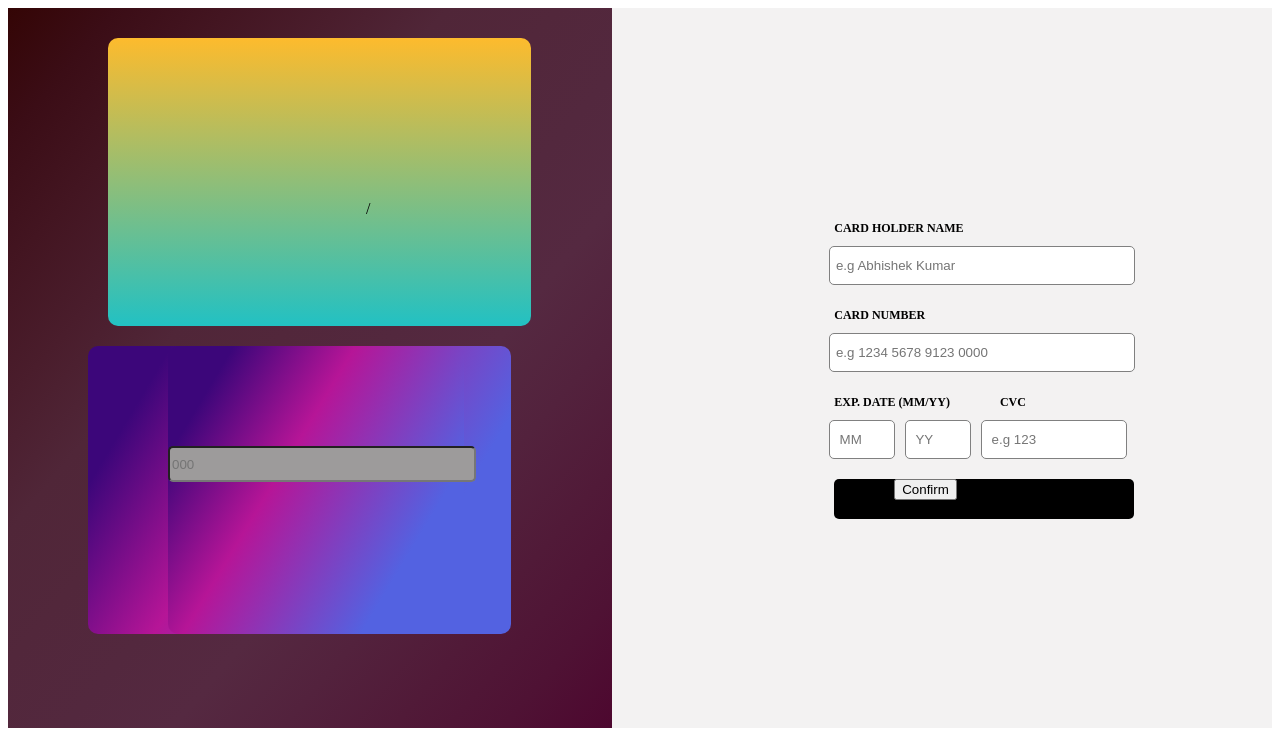
Repository: Abhi2359/frontendchallenge-1
Page: /
An editor plug-in stored every save of this project. The page is shown before and after the next save, followed by the edit.
The browser window is 1280 px wide. The pictures show the whole page.
The project was rebuilt for these pictures with package versions that can differ from the ones it lists, and the page was loaded fresh each time. Also part of the build but not shown: src/components/Add/Compelete.css, src/components/Add/Compelete.js.

Above is the page before, as saved 2023-02-15 18:01:24.

After the next save:
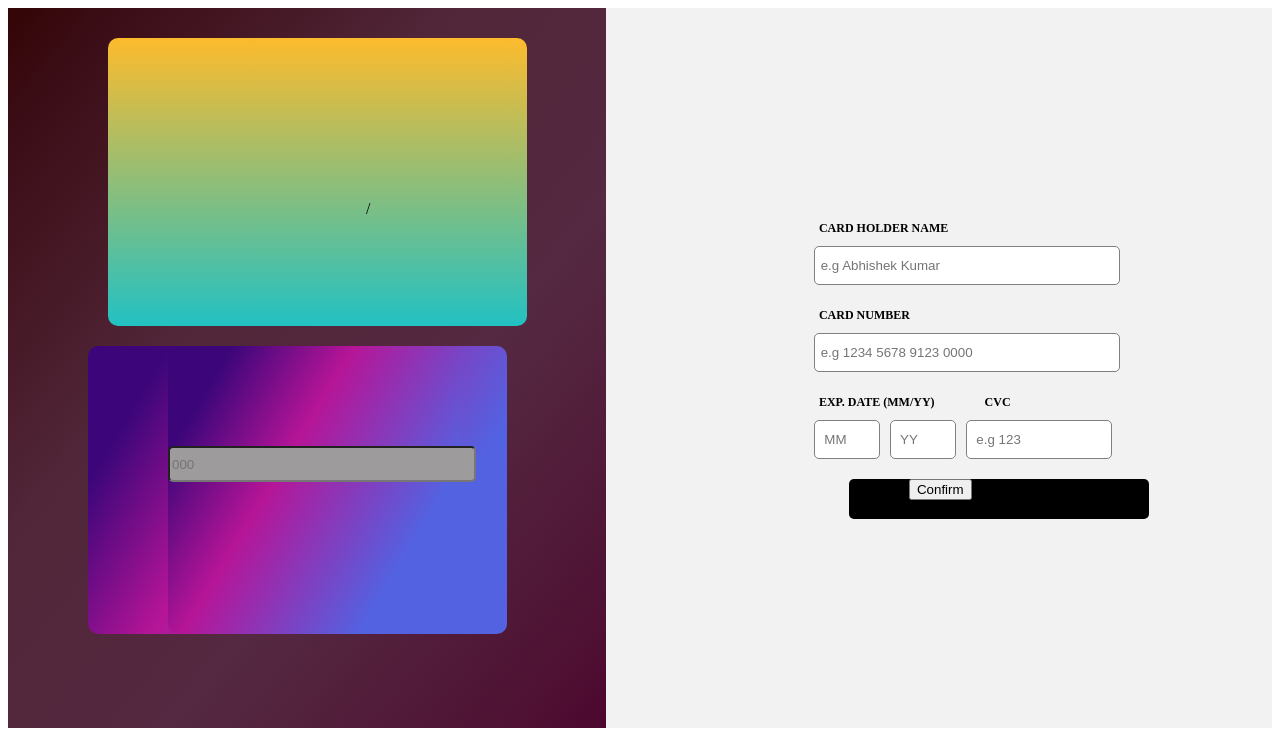
Saved 13 s later.
--- a/src/components/Button/Button.css
+++ b/src/components/Button/Button.css
@@ -1,6 +1,6 @@
 .button{
     width: 300px;
-    margin-left: 10px;
+    margin-left: 40px;
     background-color: black;
     color: white;
     height: 40px;

After the save that followed:
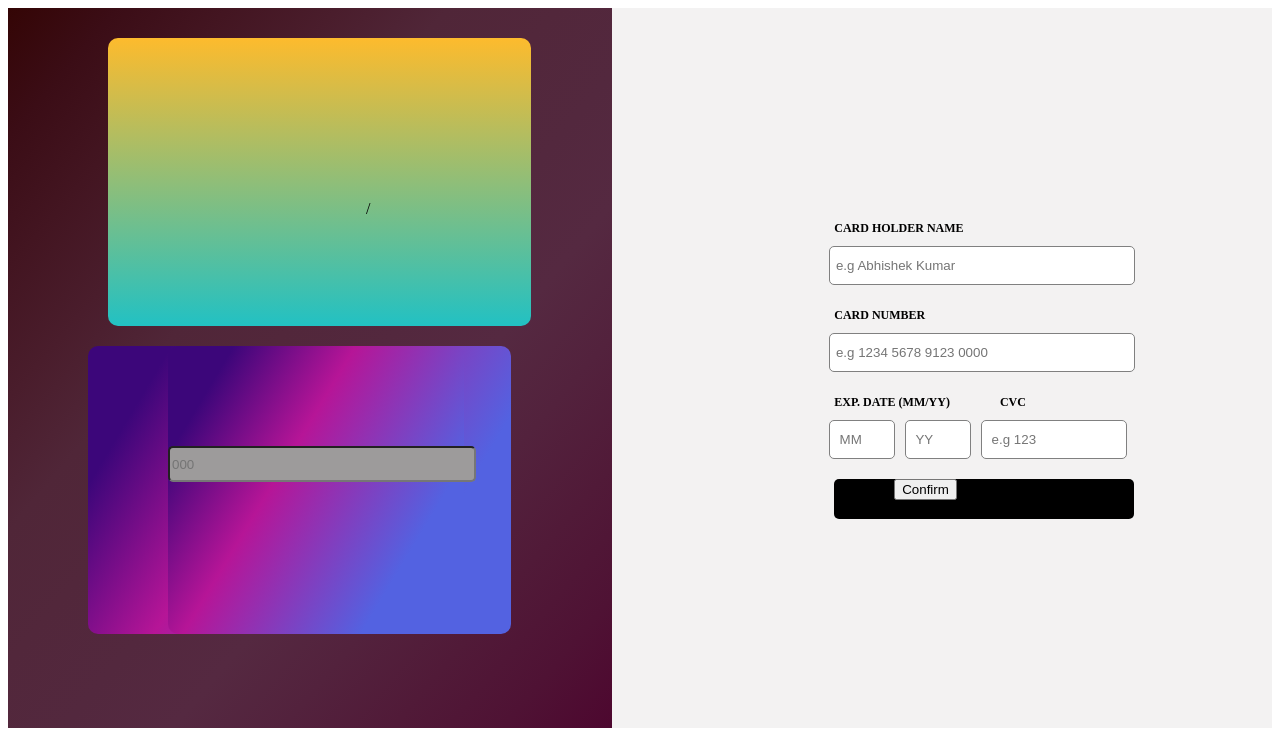
Saved 5 s later.
--- a/src/components/Button/Button.css
+++ b/src/components/Button/Button.css
@@ -1,6 +1,6 @@
 .button{
     width: 300px;
-    margin-left: 40px;
+    margin-left: 10px;
     background-color: black;
     color: white;
     height: 40px;
